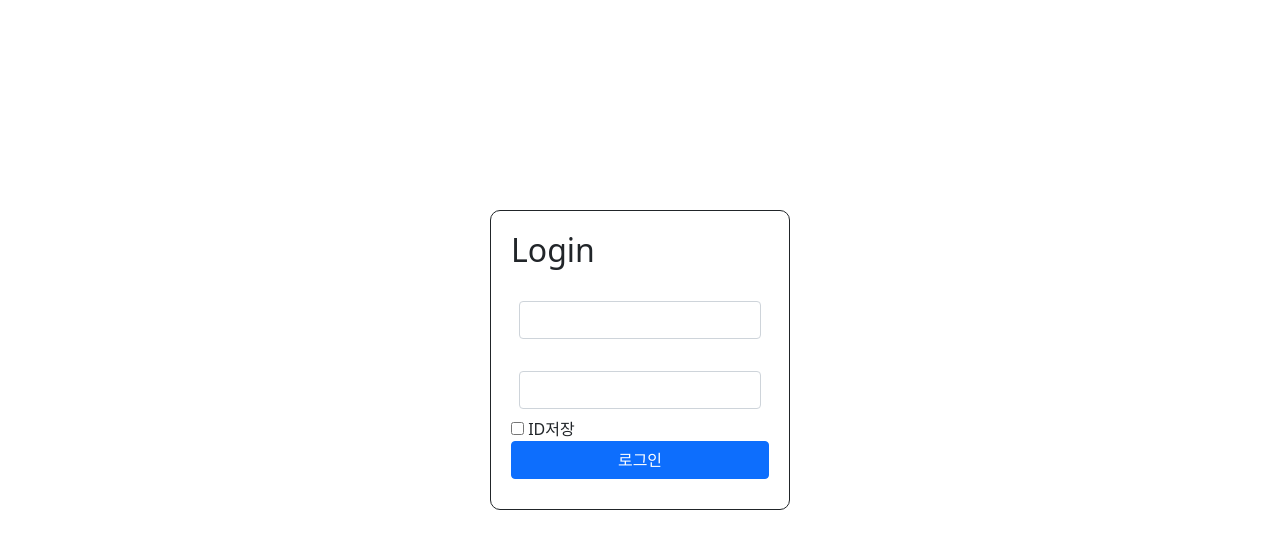
Repository: GotChun/DH_JSP
Page: http://localhost/01_JSP/C07/03/loginProc.jsp
An editor plug-in stored every save of this project. The page is shown before and after the next save, followed by the edit.
The browser window is 1280 px wide. The pictures show the whole page.
The page is served by Tomcat 9.

Above is the page before, as saved 2024-10-23 05:26:23.

After the next save:
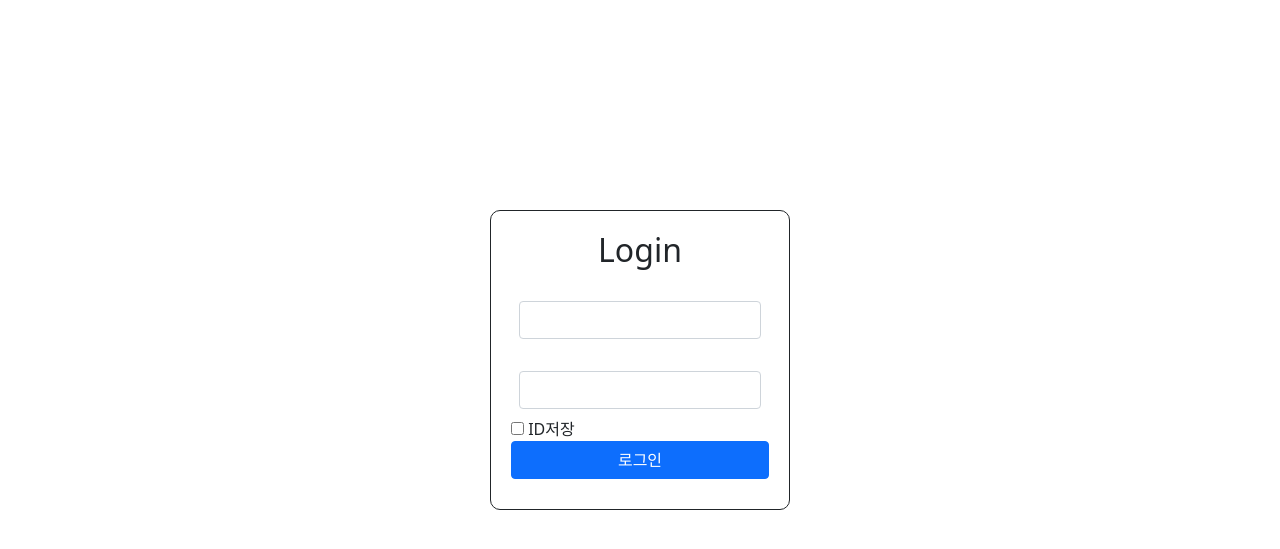
Saved 43 s later.
--- a/01_JSP/src/main/webapp/C07/03/loginProc.jsp
+++ b/01_JSP/src/main/webapp/C07/03/loginProc.jsp
@@ -17,7 +17,7 @@
 		<main style="width:100%;height:100vh;display:flex;justify-content:center;align-items:center;">
 			<form style="width:300px;height:300px;padding:20px;border:1px solid;border-radius:10px;">
 			<div>
-				<h2>Login</h2>
+				<h2 style="text-align:center;">Login</h2>
 			</div>
 			<div class="m-2">
 				<label for=""></label>
